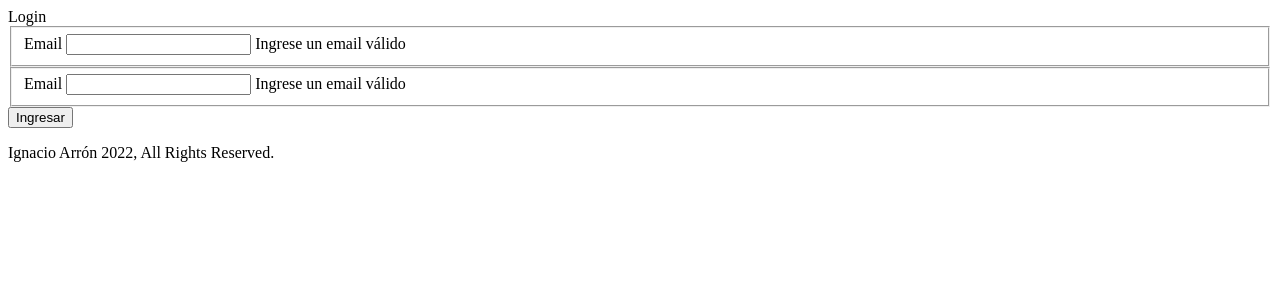
Repository: Divineridh/lppa-parcial2
Page: login.html
These files come from the project's save history. The page is drawn as it stood at one moment and after the next save; the edit follows.
The browser window is 1280 px wide. The pictures show the whole page.

Above is the page before, as saved 2022-07-04 18:31:39.

### login.html
<!DOCTYPE html>
<html lang="en">
<head>
    <meta charset="UTF-8">
    <meta http-equiv="X-UA-Compatible" content="IE=edge">
    <meta name="viewport" content="width=device-width, initial-scale=1.0">
    <link rel="stylesheet" href="./styles/login.css">
    <script src="./scripts/login.js"></script>
    <title>Login page</title>
</head>
<body>
    <header></header>
    <form class="login-form">
        <span>Login</span>
        <fieldset class="form-group">
            <label class="form-label-text" for="txtEmail">Email</label>
            <input class="form-text" type="email" id="txtEmail" placeholder=" ">
            <label class="form-label-error hidden" for="txtEmail">Ingrese un email válido</label>
        </fieldset>
        <fieldset class="form-group">
            <label class="form-label-text" for="txtPassword">Email</label>
            <input class="form-text" type="password" id="txtPassword" placeholder=" ">
            <label class="form-label-error hidden" for="txtPassword">Ingrese un email válido</label>
        </fieldset>
        <input class="form-button" type="submit" value="Ingresar" id="loginBtn">
        <label id="label-error-login" class="form-label-error" hidden></label>
    </form>
    <footer>
        <p>
            Ignacio Arrón 2022, All Rights Reserved.
        </p>
    </footer>
</body>
</html>

Loaded but not shown: styles/login.css (no stored copy; drawn as an empty file); scripts/login.js (no stored copy; drawn as an empty file)

After the next save:
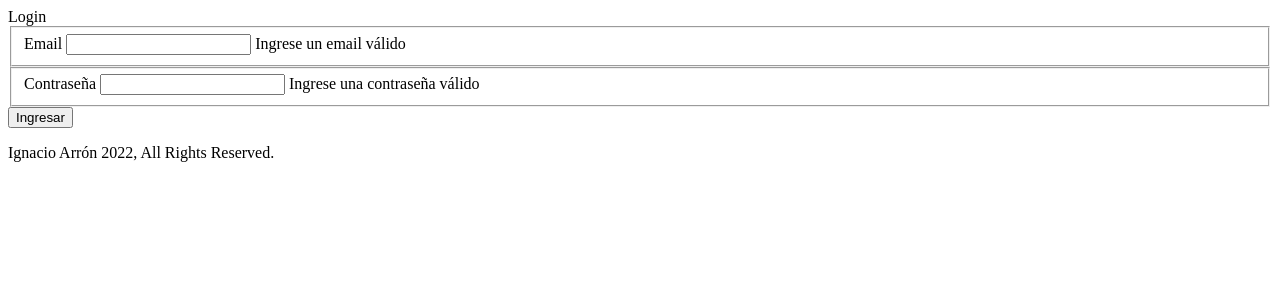
Saved 6 min 51 s later.
--- a/login.html
+++ b/login.html
@@ -18,9 +18,9 @@
             <label class="form-label-error hidden" for="txtEmail">Ingrese un email válido</label>
         </fieldset>
         <fieldset class="form-group">
-            <label class="form-label-text" for="txtPassword">Email</label>
+            <label class="form-label-text" for="txtPassword">Contraseña</label>
             <input class="form-text" type="password" id="txtPassword" placeholder=" ">
-            <label class="form-label-error hidden" for="txtPassword">Ingrese un email válido</label>
+            <label class="form-label-error hidden" for="txtPassword">Ingrese una contraseña válido</label>
         </fieldset>
         <input class="form-button" type="submit" value="Ingresar" id="loginBtn">
         <label id="label-error-login" class="form-label-error" hidden></label>
